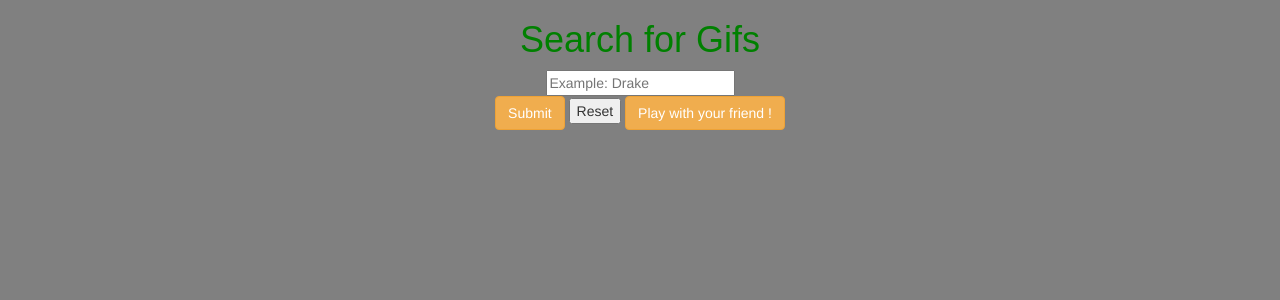
Repository: iuLIKEme/theworld
Page: giphy/index4.html
The author's editor kept a record of every edit. The page is drawn from the files as they stood at one moment, then again after the next edit.
The browser window is 1280 px wide. The pictures show the whole page.

Above is the page before.

### giphy/index4.html
<html>

    <head>
     <link rel="stylesheet" href="https://maxcdn.bootstrapcdn.com/bootstrap/3.3.6/css/bootstrap.min.css" integrity="sha384-1q8mTJOASx8j1Au+a5WDVnPi2lkFfwwEAa8hDDdjZlpLegxhjVME1fgjWPGmkzs7" crossorigin="anonymous">
    <link rel="stylesheet" type="text/css" href="style4.css">
   <script src="//code.jquery.com/jquery-1.12.0.min.js"></script>
    <script type="text/javascript" src="script4.js"></script>

        <title> Search for Gifs </title>

    </head>


    <body>

  <h1 class=title>Search for Gifs</h1>


  <div class=searchbar>

    <input id="x" type="text" name="search" placeholder="Example: Drake">

  </div>



  <div class=buttons>

    <button class="btn btn-warning" onclick="search()">Submit</button>
    <button class="reset">Reset</button>
    <a href="index4.html" class="btn btn-warning" role="button">Play with your friend !</a>
  </div>




    </body>



</html>

### giphy/style4.css
body {

    background-color:gray;


}



.title {
    text-align:center;
    color:green;
    font-family: "Comic Sans MS", cursive, sans-serif ;
}


.searchbar {
    text-align:center;

}


.buttons {

    text-align:center;
}

### giphy/script4.js

$( document ).ready(function() {






// body.append("<img src= " + response.data[2].images.fixed_height.url +">");




console.log( "ready!" );
});


function search() {
    var searchuser = document.getElementById("x").value;
    var link= "https://api.giphy.com/v1/gifs/search?q="+searchuser+"&api_key=dc6zaTOxFJmzC";
    console.log(searchuser);

     $.ajax({
  url: link,
  context: document.body
}).done(function(response) {
  console.log(response);

  for (var i=0; i<response.data.length ;i++){

    $("body").append("<img src= " + response.data[i].images.fixed_height.url +">");

    }
});


}



//*console.log(response.data[2].images.fixed_height.url)

After the next edit:
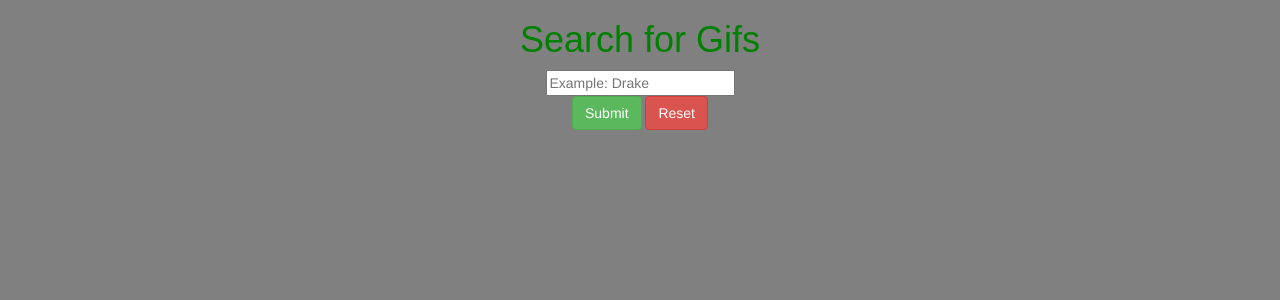
The edit:
--- a/giphy/index4.html
+++ b/giphy/index4.html
@@ -26,9 +26,8 @@
 
   <div class=buttons>
 
-    <button class="btn btn-warning" onclick="search()">Submit</button>
-    <button class="reset">Reset</button>
-    <a href="index4.html" class="btn btn-warning" role="button">Play with your friend !</a>
+    <button class="btn btn-success" onclick="search()">Submit</button>
+    <a href="index4.html" class="btn btn-danger" role="button">Reset</a>
   </div>
 
 
